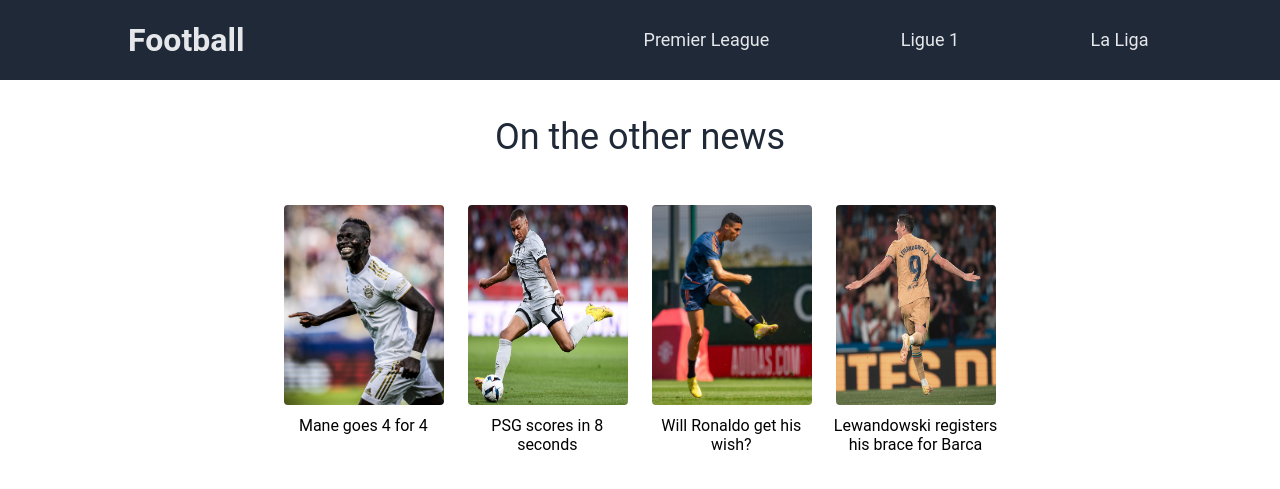
Repository: MhlengiNgubane/Brainnest_CSS
Page: pages/link3.html
The author's editor kept a copy of each file at every save. The page is drawn from the files as they stood at one save, then again after the next save.
The browser window is 1280 px wide. The pictures show the whole page.
Some web fonts or font styles are not loaded; a fallback is used.

Above is the page before, as saved 2022-08-28 08:24:56.

### pages/link3.html
<!DOCTYPE html>
<html lang="en">
<head>
    <meta charset="UTF-8">
    <meta http-equiv="X-UA-Compatible" content="IE=edge">
    <meta name="viewport" content="width=device-width, initial-scale=1.0">
    <title>La Liga</title>

    <link rel="stylesheet" href="../css/style.css">
</head>
<body>
    <header class="logo-links">
        <h1>
            <a href="../index.html">Football</a>
        </h1>
        <nav class="links">
            <a href="../pages/link1.html">Premier League</a>
            <a href="../pages/link2.html">Ligue 1</a>
            <a href="../pages/link3.html">La Liga</a>
        </nav>
    </header>
    <main>
        <p class="main-one-header">On the other news</p>
        <section class="images">
            <figure>
                <img
                    src="../images/mane.png"
                    alt="Sadio Mane in bundesliga"
                />
                <figcaption>
                    Mane goes 4 for 4
                </figcaption>
            </figure>
            <figure>
                <img
                    src="../images/mbappe.png"
                    alt="Kylian Mbappe"
                />
                <figcaption>
                    PSG scores in 8<br/> seconds
                </figcaption>
            </figure>
            <figure class="main-three">
                <img
                    src="../images/ronaldo.png"
                    alt="Cristiano Ronaldo"
                />
                <figcaption>
                    Will Ronaldo get his<br/> wish?
                </figcaption>
            </figure>
            <figure class="main-four">
                <img
                    src="../images/lewandowski.png"
                    alt="Robert Lewandowski"
                />
                <figcaption>
                    Lewandowski registers<br/> his brace for Barca
                </figcaption>
            </figure>
        </section>
    </main>
</body>
</html>

### css/style.css
@font-face {
    font-family: "Roboto";
    src: url(./fonts/Roboto-Regular.ttf) format('truetype');
}
* {
    box-sizing: border-box;
    margin: 0;
    padding: 0;
    font-family: "Roboto", sans-serif;
}

header {
    position: fixed;
    left: 0;
    top: 0;
    height: 79.88px;
    width: 100%;
    color: #F9FAF8;
    display: flex;
    justify-content: space-between;
    align-items: center;
    background-color: #1F2937;
}

header h1 {
    display: flex;
    flex: 1;
    align-items: center;
    padding: 0 10%;
}

nav {
    display: flex;
    flex-direction: row;
    justify-content: space-evenly;
    color: #E5E7EB;
    font-size: 18px;
    flex: 3;
}
a {
    text-decoration: none;
    color: #E5E7EB;
}
.hero {
    margin-top: 79.88px;
    display: flex;
    flex-direction: row;
    height: 400px;
    width: 100%;
    background-color: #1F2937;
}
.hero aside {
    flex: 1;
    margin-left: 130px;
    margin-right: 20px;
    margin-top: 35px;
    margin-bottom: 35px;
}
.hero-text-one {
    color: #F9FAF8;
    font-size: 48px;
    margin: 0px;
}
.hero-text-two {
    color: #E5E7EB;
    font-size: 18px;
    margin-top: 14px;
    margin-bottom: 14px;
}
.hero-button {
    background-color: #3882F6;
    border-radius: 5px;
    color: #F9FAF8;
    border:none;
    padding: 5px 16px;
}
#hero-img {
    flex: 1;
    margin-left: 20px;
    margin-right: 35px;
    margin-top: 35px;
    margin-bottom: 45px;
}
#hero-img img {
    height: 230px;
    width: 446.5px;
}
main {
    margin-bottom: 50px;
}
.main-one-header {
    color: #1F2937;
    text-align: center;
    font-size: 36px;
    margin-top: 115.88px;
}
.main-header {
    color: #1F2937;
    text-align: center;
    margin: 36px 0px;
    font-size: 36px;
    font-weight: bold;
}
.images {
    display: flex;
    flex-direction: row;
    justify-content: center;
    height: 350px;
    width: 100%;
    padding-top: 30px;
    padding-bottom: 30px;
    margin-bottom: 45px;
}
figure {
    padding: 15px 10px;
}
figure img {
    height: 200px;
    width: 160px;
    border-radius: 4px;
    margin: 2px
}
figcaption{
    text-align: center;
    margin-top: 5px;
    margin-bottom: 0px;
    margin-right: 1px;
}
.quote {
    background-color: #E5E7EB;
    height: 300px;
    padding-left: 157px;
    padding-right: 157px;
    padding-top: 40px;
    padding-bottom: 40px;
}
blockquote {
    margin: 0px 5px;
    font-size: 36px;
    font-family: italic;
    font-weight: light;
    color: #1F2937;
}
.quote p {
    text-align: right;
    font-size: 18px;
    color: #1F2937;
}
.call-action {
    display: flex;
    flex-direction: row;
    background-color: #3882F6;
    border-radius: 4px;
    align-items: center;
    color: #F9FAF8;
    height: 115px;
    margin-left: 130px;
    margin-right: 130px;
    margin-top: 65px;
    margin-bottom: 65px;
}
.call-text {
    flex: 75%;
    align-content: center;
    padding-left: 125px;
 }
.call-text-one {
    color: #F9FAF8;
    margin-bottom: 2px;
    font-size: 24px;
}
.call-text-two {
    color: #F9FAF8;
    margin-top: 2px;
}
.call-button {
    flex: 25%;
}
.call-button button {
    background-color: #3882F6;
    border-radius: 4px;
    color: #F9FAF8;
    padding: 7px 20px;
    border-color: #F9FAF8;
}
footer {
    height: 70px;
    width: 100%;
    background-color: #1F2937;
    color: white;
    display: flex;
    justify-content: center;
    align-items: center;
}

After the next save:
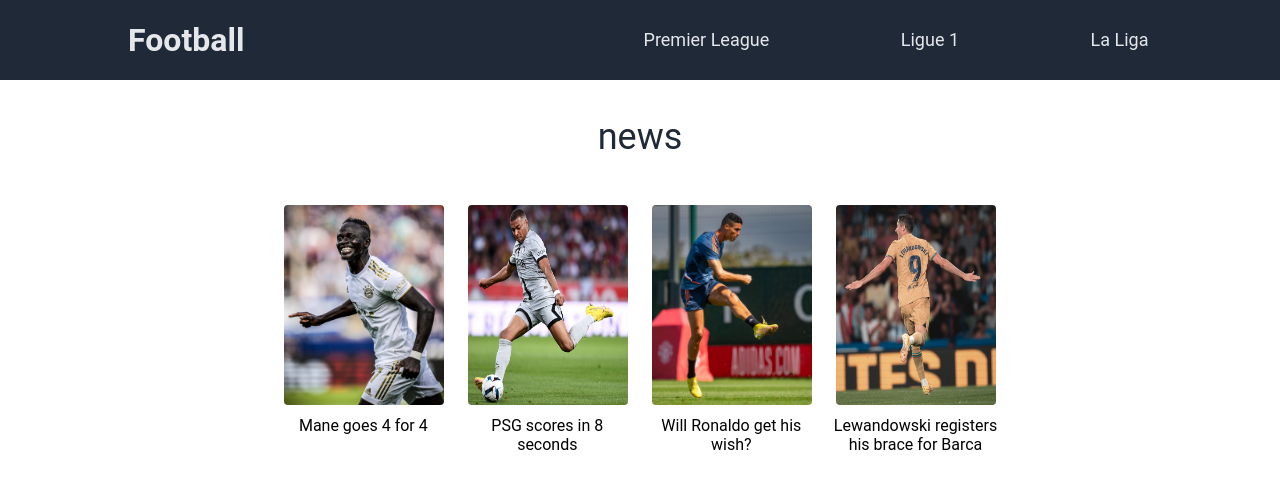
Saved 39 s later.
--- a/pages/link3.html
+++ b/pages/link3.html
@@ -20,7 +20,7 @@
         </nav>
     </header>
     <main>
-        <p class="main-one-header">On the other news</p>
+        <p class="main-one-header">news</p>
         <section class="images">
             <figure>
                 <img
